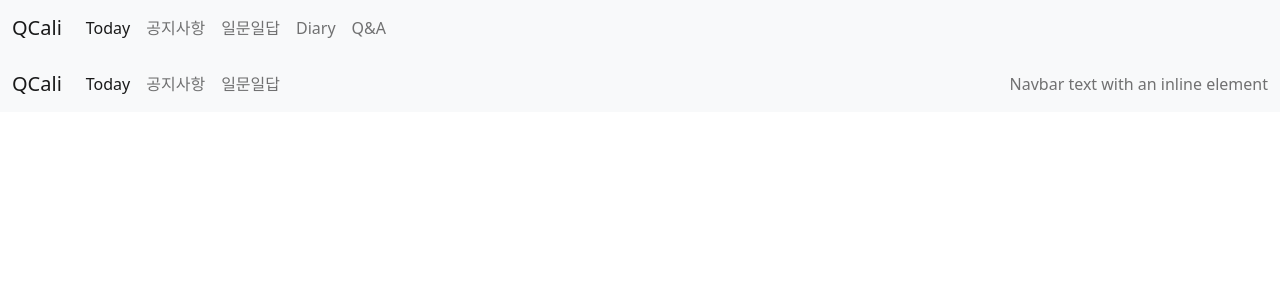
Repository: izuiw/team
Page: http://localhost/qCali/WEB-INF/views/main/header.jsp
These files come from the project's save history. The page is drawn as it stood at one moment and after the next save; the edit follows.
The browser window is 1280 px wide. The pictures show the whole page.
The page is served by Tomcat 9. Nobody is signed in. Other server files are loaded and not shown. The template is opened directly, without the code that normally fills it, so the values that code supplies are empty.

Above is the page before, as saved 2022-04-29 07:05:35.

### qCali/src/main/webapp/WEB-INF/views/main/header.jsp
<%@ page language="java" contentType="text/html; charset=UTF-8"
    pageEncoding="UTF-8"%>
<%@ taglib prefix="c" uri="http://java.sun.com/jsp/jstl/core"%>

<!DOCTYPE html>
<html>
<head>
<meta charset="UTF-8">
<title>MenuBar</title>
<link href="https://cdn.jsdelivr.net/npm/bootstrap@5.1.3/dist/css/bootstrap.min.css" rel="stylesheet" integrity="sha384-1BmE4kWBq78iYhFldvKuhfTAU6auU8tT94WrHftjDbrCEXSU1oBoqyl2QvZ6jIW3" crossorigin="anonymous">

</head>
<body>
	<nav class="navbar navbar-expand-lg navbar-light bg-light">
		<div class="container-fluid">
			<a class="navbar-brand" href="${pageContext.request.contextPath }/main">QCali</a>
			<button class="navbar-toggler" type="button"
				data-bs-toggle="collapse" data-bs-target="#navbarNavAltMarkup"
				aria-controls="navbarNavAltMarkup" aria-expanded="false"
				aria-label="Toggle navigation">
				<span class="navbar-toggler-icon"></span>
			</button>
			<div class="collapse navbar-collapse" id="navbarNavAltMarkup">
				<div class="navbar-nav">
					<a class="nav-link active" aria-current="page" href="#">Today</a>
					 <a class="nav-link" href="${pageContext.request.contextPath }/notice/list">공지사항</a>
					 <a class="nav-link" href="${pageContext.request.contextPath }/board/list">일문일답</a>
					 <a class="nav-link" href="#">Diary</a>
					 <a class="nav-link" href="${pagetContext.request.contextPath }/qna/list">Q&A</a>
					<span class="navbar-text">
      				<c:if test="${!empty memberLogin }">
      					${memberLogin.memberNickname }
      				<a class="nav-link" href="${pageContext.request.contextPath }/member/logout">로그아웃</a>
      				</c:if>
      				</span>

				</div>
			</div>
		</div>
	</nav>

	<nav class="navbar navbar-expand-lg navbar-light bg-light">
  <div class="container-fluid">
	<a class="navbar-brand" href="${pageContext.request.contextPath }/main">QCali</a>
    <button class="navbar-toggler" type="button" data-bs-toggle="collapse" data-bs-target="#navbarText" aria-controls="navbarText" aria-expanded="false" aria-label="Toggle navigation">
      <span class="navbar-toggler-icon"></span>
    </button>
    <div class="collapse navbar-collapse" id="navbarText">
      <ul class="navbar-nav me-auto mb-2 mb-lg-0">
        <li class="nav-item">
          <a class="nav-link active" aria-current="page" href="#">Today</a>
        </li>
        <li class="nav-item">
          <a class="nav-link" href="#">공지사항</a>
        </li>
        <li class="nav-item">
          <a class="nav-link" href="#">일문일답</a>
        </li>
      </ul>
      <span class="navbar-text">
        Navbar text with an inline element
      </span>
    </div>
  </div>
</nav>


<script src="https://cdn.jsdelivr.net/npm/bootstrap@5.1.3/dist/js/bootstrap.bundle.min.js" integrity="sha384-ka7Sk0Gln4gmtz2MlQnikT1wXgYsOg+OMhuP+IlRH9sENBO0LRn5q+8nbTov4+1p" crossorigin="anonymous"></script>
</body>
</body>
</html>

After the next save:
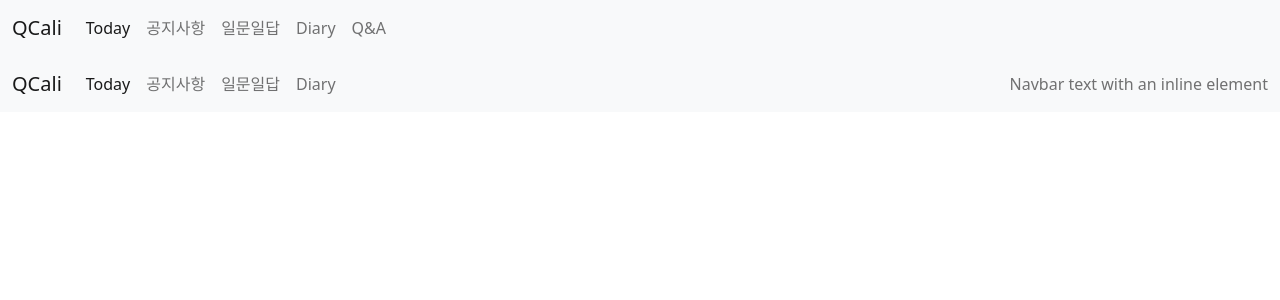
Saved 22 s later.
--- a/qCali/src/main/webapp/WEB-INF/views/main/header.jsp
+++ b/qCali/src/main/webapp/WEB-INF/views/main/header.jsp
@@ -56,6 +56,9 @@
         <li class="nav-item">
           <a class="nav-link" href="#">일문일답</a>
         </li>
+        <li class="nav-item">
+          <a class="nav-link" href="#">Diary</a>
+        </li>
       </ul>
       <span class="navbar-text">
         Navbar text with an inline element
